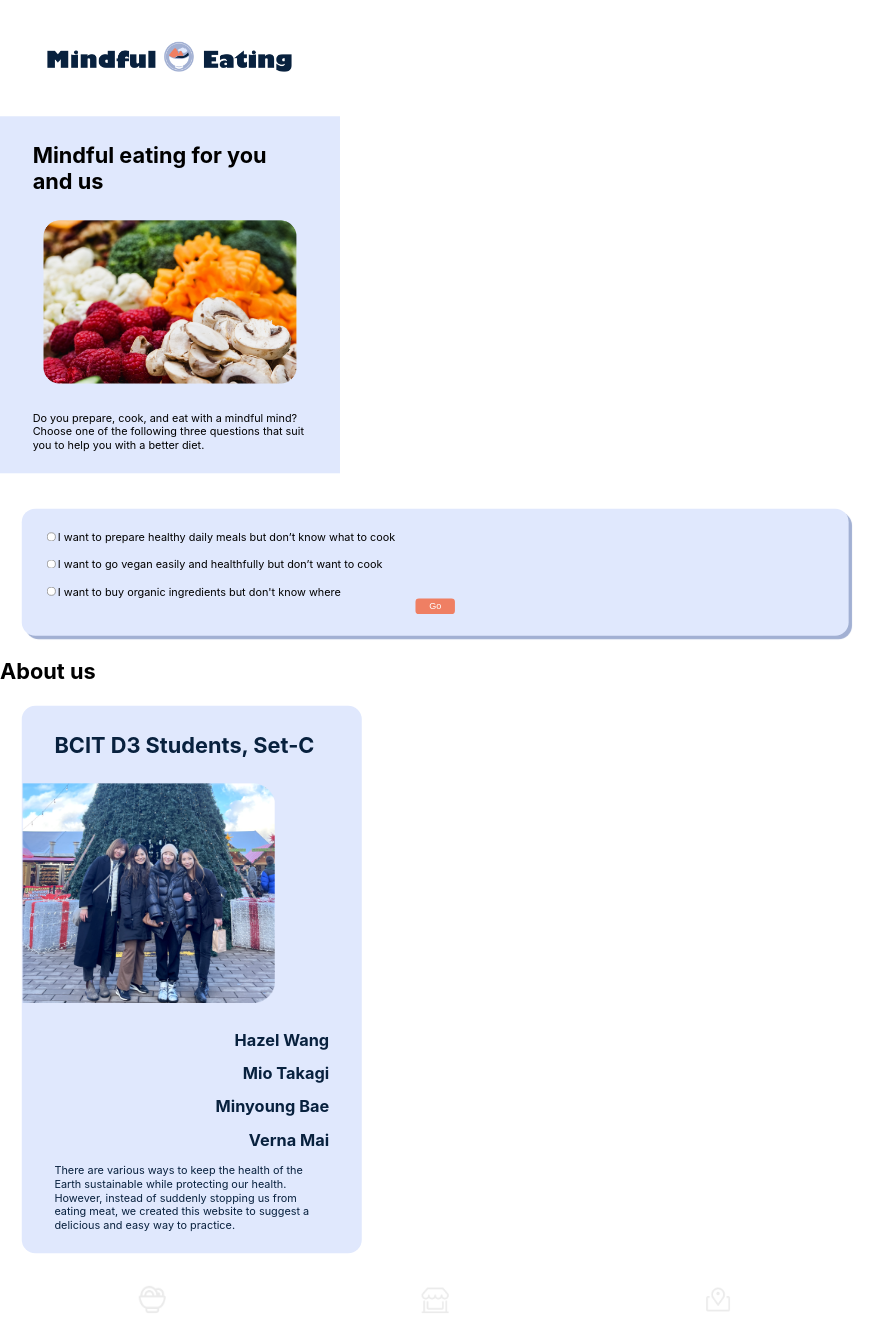
Repository: Kinakopan/design_mindfulEating_site
Page: / (app in firstapp/)
These files come from the project's save history. The page is drawn as it stood at one moment and after the next save; the edit follows.
The browser window is 1280 px wide. The pictures show the whole page, at 68% of full size.
The project was rebuilt for these pictures with package versions that can differ from the ones it lists, and the page was loaded fresh each time. The framework's server and built-in components were replaced by stand-ins that run in the browser. Also part of the build but not shown: firstapp/next.config.js.

Above is the page before, as saved 2022-04-21 14:24:43.

### firstapp/pages/index.js
import Head from 'next/head';
import styles from '../styles/Home.module.css';
import Link from 'next/link';
import ImgCard from '../comps/ImgCard';
import Navbar from '../comps/Navbar';
import Questions from '../comps/Questions';

import { useRouter } from 'next/router';

export default function Home() {

  const r = useRouter();

  return (
    <div className={styles.container}>
      <Head>
        <title>Mindful eating</title>
        <meta name="description" content="Mindful eating guide website" />
        <link rel="icon" href="/logo/navbar_logo.png" />
      </Head>

      <main>

      <ImgCard
        img="/logo/horizontal_logo.png"
        bg="white"
      />

      <ImgCard
      title="Mindful eating for you and us"
      bg="#E0E8FD"
      img="/food1.png"
      tcl="#000"
      txt="Do you prepare, cook, and eat with a mindful mind? Choose one of the following three questions that suit you to help you with a better diet."
      />

    <br></br>

      <Questions
      id="recipe" btName="want to cook" txt="I want to prepare healthy daily meals but don’t know what to cook" id2="restaurant" btName2="dont want to cook" txt2="I want to go vegan easily and healthfully but don’t want to cook"
      id3="localFood" btName3="want to buy" txt3="I want to buy organic ingredients but don't know where"></Questions>



    <h1>About us</h1>

      <ImgCard
        bor="20px"
        mar="2rem"
        title="BCIT D3 Students, Set-C"
        img="/about_us.png"
        marg="0 0 0 -4em"
        n1="Hazel Wang"
        n2="Mio Takagi"
        n3="Minyoung Bae"
        n4="Verna Mai"
        txt="There are various ways to keep the health of the Earth sustainable while protecting our health. However, instead of suddenly stopping us from eating meat, we created this website to suggest a delicious and easy way to practice."
      />

      <Navbar></Navbar>

      </main>
    </div>
  )
}

### firstapp/comps/ImgCard.js
import { Children } from 'react';
import styled from 'styled-components';

const CardCont = styled.div`
    background-color: ${props=>props.cl};
    color: ${props=>props.text_cl};
    min-width: 375px;
    max-width: 500px;
    padding: 1em 3em 1em 3em;
    border-radius: ${props=>props.border_radius};
    margin: ${props=>props.margin};
`;

const DispImage = styled.img`
    width: 100%;
    padding: 1em;
    margin: ${props=>props.image_margin};
`;

const List = styled.div`
    text-align: right;
`;

export default function ImgCard({
    img="/food1.png",
    bg="#E0E8FD",
    tcl="#08213E",
    title="",
    txt="",
    bor="",
    mar="",
    n1,n2,n3,n4="",
    marg="",
    Children=null

}){

    return <CardCont cl={bg} text_cl={tcl} border_radius={bor} margin={mar}>
        <h1>{title}</h1>
        <DispImage src={img} image_margin={marg}/>
        <br/>
        <List>
            <h2>{n1}</h2>
            <h2>{n2}</h2>
            <h2>{n3}</h2>
            <h2>{n4}</h2>
        </List>
        <p>{txt}</p>
        {Children}

    </CardCont>
}

### firstapp/comps/Navbar/index.js
import styled from "styled-components";

import { useRouter } from 'next/router';


const NavBottom = styled.div`
    width: 100vw;
    height: fit-content;
    display: flex;
    justify-content: space-around;
    align-items: center;
    margin-top: 20px;
    padding: 1em;
    background-color: white;
`;

const Button = styled.button`
    background-image: url("${props=>props.icon}");
    background-color: white;
    background-size: 100% 100%;
    width: 40px;
    height: 40px;
    border: none;
`


export default function Navbar(){

    const r = useRouter();

    return <NavBottom>
        <Button icon="/Logo/logo1.png" onClick = {
            ()=>r.push("/recipes")
        }></Button>
        <Button icon="/Logo/logo2.png" onClick = {
            ()=>r.push("/quiz")
        }></Button>
        <Button icon="/Logo/logo3.png" onClick = {
            ()=>r.push("/recipes")
        }></Button>
    </NavBottom>
}

### firstapp/comps/Questions.js
import styled from 'styled-components';


const Cont = styled.form`
  background-color: #E0E8FD;
  border-radius: 20px;
  box-shadow: #A2B0D3 5px 5px 1px;
  padding: 2em;
  margin: 2em;
`;

// const Question = styled.input`
//   border-radius: 20%;
//   appearance: none;
//   transition: 0.2s all linear;
//   color: #EF7F63

// `;

const Button = styled.button`
  background-color: #ef7f63;
  border: none;
  border-radius: 5px;
  color: white;
  padding: 0.3em 1.5em 0.3em 1.5em;
  display: block;
  margin: 0 auto;


`;

export default function Questions({
  txt="", txt2="", txt3="",
  id="", id2="", id3="",


}){

  return <Cont>
    <div>
    <input type="radio" id={id} name="radio button" value={txt}/>
    <label for={id}>{txt}</label>
    </div>


    <br/>

    <div>
    <input type="radio" id={id2} name="radio button" value={txt2}/>
    <label for={id2}>{txt2}</label>
    </div>

    <br/>

    <div>
    <input type="radio" id={id3} name="radio button" value={txt3}/>
    <label for={id3}>{txt3}</label>
    </div>

    <Button type='submit'>Go</Button>


  </Cont>
}

Loaded but not shown: firstapp/pages/_app.js (common file); firstapp/styles/globals.css (common file); firstapp/styles/Home.module.css (common file)

After the next save:
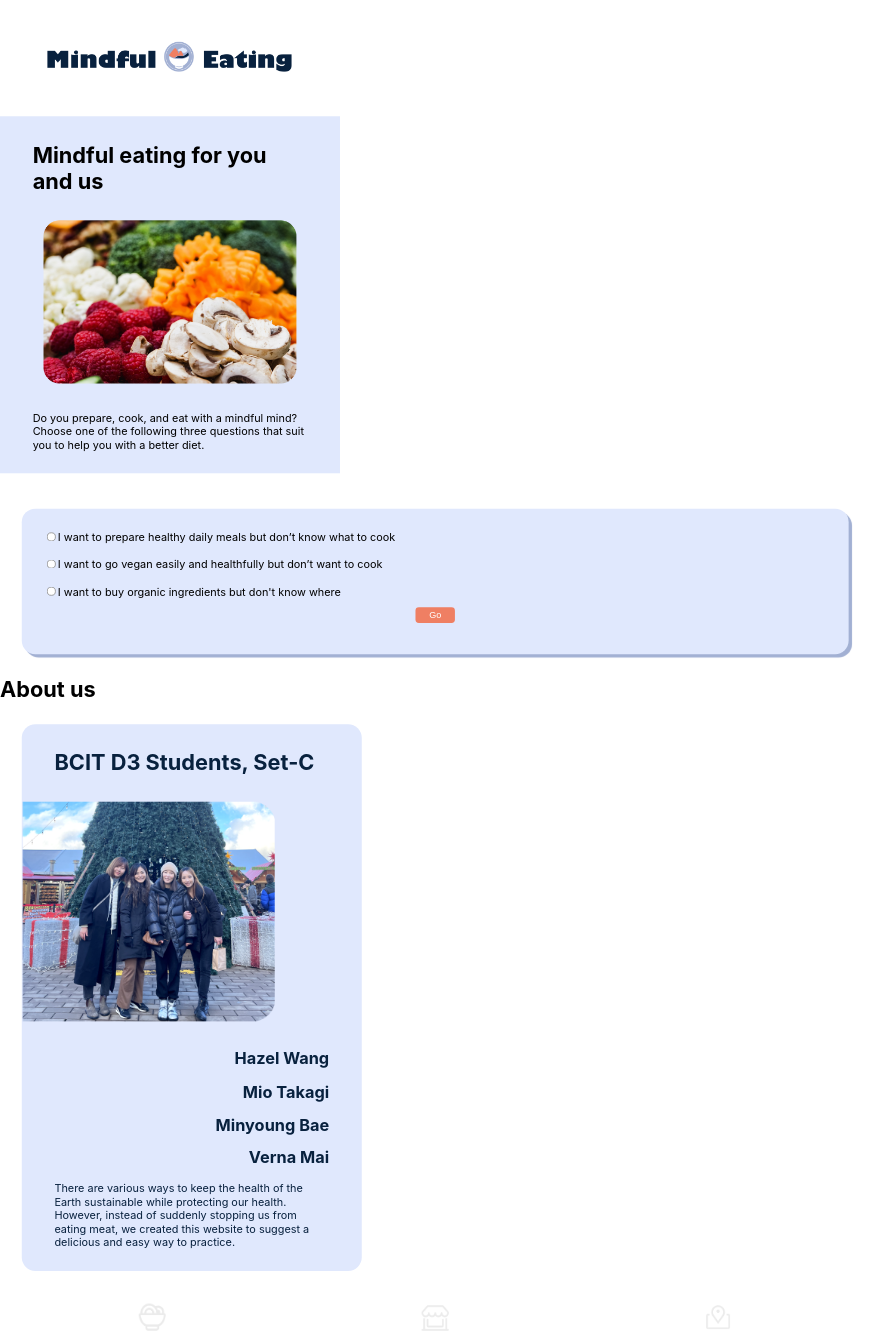
Saved 12 s later.
--- a/firstapp/comps/Questions.js
+++ b/firstapp/comps/Questions.js
@@ -24,7 +24,7 @@ const Button = styled.button`
   color: white;
   padding: 0.3em 1.5em 0.3em 1.5em;
   display: block;
-  margin: 0 auto;
+  margin: 1em auto;
 
 
 `;
